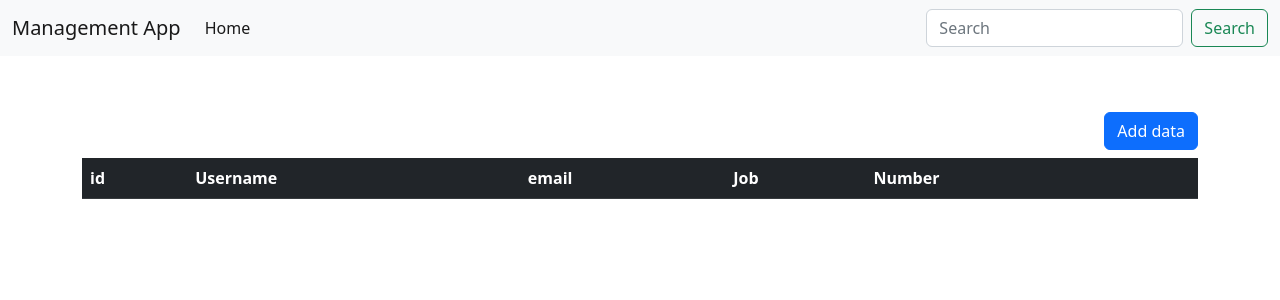
Repository: iamevs/Employee-Management-System
Page: / (app in client/)
The author's editor kept a copy of each file at every save. The page is drawn from the files as they stood at one save, then again after the next save.
The browser window is 1280 px wide. The pictures show the whole page.
The page's requests for data from a server got no answer. The project was rebuilt for these pictures with package versions that can differ from the ones it lists, and the page was loaded fresh each time. No one was signed in, and anything a server would have sent is missing. Also part of the build but not shown: client/vite.config.js, client/src/components/Register.jsx, client/src/components/Edit.jsx. Imported but missing from the stored project, and not drawn on this page: client/src/components/Details.

Above is the page before, as saved 2022-11-28 19:52:31.

### client/index.html
<!DOCTYPE html>
<html lang="en">
  <head>
    <meta charset="UTF-8" />
    <link rel="icon" type="image/svg+xml" href="/vite.svg" />
    <meta name="viewport" content="width=device-width, initial-scale=1.0" />
    <title>employee-management</title>
  </head>
  <body>
    <div id="root"></div>
    <script type="module" src="/src/main.jsx"></script>
  </body>
</html>

### client/src/main.jsx
import React, { StrictMode } from 'react';
import ReactDOM from 'react-dom';
import { createRoot } from "react-dom/client";
import './index.css';
import App from './App';
import { BrowserRouter } from "react-router-dom"
import ContextProvider from "./components/context/ContextProvider";
// root.render(
//   <StrictMode>
//   <ContextProvider>
//     <BrowserRouter>
//       <App />
//     </BrowserRouter>
//   </ContextProvider>
//   </StrictMode>
//   ,
//   document.getElementById('root')
// );


createRoot(document.getElementById('root')).render(
  <ContextProvider>
    <BrowserRouter>
      <App />
    </BrowserRouter>
  </ContextProvider>
)

### client/src/App.jsx
import './App.css';
import "../node_modules/bootstrap/dist/css/bootstrap.min.css"
import "../node_modules/bootstrap/dist/js/bootstrap.bundle.min.js"
import Navbar from './components/Navbar';
import Home from './components/Home';
import Register from './components/Register';
import Edit from './components/Edit';
import Details from './components/Details';
import {Routes,Route} from "react-router-dom"




function App() {
  return (
   <>
    <Navbar />
    {/* <Home /> */}
    <Routes>
      <Route  path="/" element={<Home/>} />
      <Route exact path="/register" element={<Register/>} />
      <Route exact path="/edit/:id" element={<Edit/>} />
      <Route exact path="/view/:id" element={<Details/>} />
    </Routes>

   </>
  );
}

export default App;

### client/src/components/context/ContextProvider.jsx
import React, { createContext, useState } from 'react'


export const adddata = createContext("");
export const updatedata = createContext("");
export const deldata = createContext("");

const ContextProvider = ({ children }) => {

    const [udata, setUdata] = useState("");
    const [updata, setUPdata] = useState("");
    const [dltdata, setDLTdata] = useState("");


    return (
        <adddata.Provider value={{ udata, setUdata }}>
            <updatedata.Provider value={{ updata, setUPdata }}>
                <deldata.Provider value={{dltdata, setDLTdata}}>
                    {children}
                </deldata.Provider>

            </updatedata.Provider>

        </adddata.Provider>
    )
}

export default ContextProvider;

### client/src/App.css
.add_btn{
  text-align: right;
}

.container{
  overflow: auto;
}

.left_view h3{
  font-size: 21px;
}

.left_view p{
  font-weight: 600;
}

.left_view span{
  font-weight: 400;
}

.right_view p{
  font-weight: 600;
}


.right_view span{
  font-weight: 400;
}

### client/src/components/Navbar.jsx
import React from 'react'
import { NavLink } from 'react-router-dom'


const Navbar = () => {
    return (
        <header>
            <nav className="navbar navbar-expand-lg navbar-light bg-light">
                <div className="container-fluid">
                    <NavLink className="navbar-brand" to="/">Management App</NavLink>
                    <button className="navbar-toggler" type="button" data-bs-toggle="collapse" data-bs-target="#navbarSupportedContent" aria-controls="navbarSupportedContent" aria-expanded="false" aria-label="Toggle navigation">
                        <span className="navbar-toggler-icon"></span>
                    </button>
                    <div className="collapse navbar-collapse" id="navbarSupportedContent">
                        <ul className="navbar-nav me-auto mb-2 mb-lg-0">
                            <li className="nav-item">
                                <a className="nav-link active" aria-current="page" href="#">Home</a>
                            </li>

                        </ul>
                        <form className="d-flex">
                            <input className="form-control me-2" type="search" placeholder="Search" aria-label="Search" />
                            <button className ="btn btn-outline-success" type ="submit">Search</button>
                        </form>
                    </div>
                </div>
            </nav>
        </header>
    )
}

export default Navbar

### client/src/components/Home.jsx
import React, { useState, useEffect, useContext } from 'react'
import RemoveRedEyeIcon from '@mui/icons-material/RemoveRedEye';
import CreateIcon from '@mui/icons-material/Create';
import DeleteOutlineIcon from '@mui/icons-material/DeleteOutline';
import { NavLink } from 'react-router-dom';
import { adddata, deldata } from './context/ContextProvider';
import { updatedata } from './context/ContextProvider'




const Home = () => {

    const [getuserdata, setUserdata] = useState([]);

    console.log(getuserdata);

    const { udata, setUdata } = useContext(adddata);

    const {updata, setUPdata} = useContext(updatedata);

    const {dltdata, setDLTdata} = useContext(deldata);

    const getdata = async () => {

        const res = await fetch("/getusers", {
            method: "GET",
            headers: {
                "Content-Type": "application/json"
            }
        });

        const data = await res.json();
        console.log(data);

        if (res.status === 422 || !data) {
            console.log("error ");

        } else {
            setUserdata(data)
            console.log("get data");

        }
    }

    useEffect(() => {
        getdata();
    }, [])

    const deleteuser = async (id) => {

        const res2 = await fetch(`/deleteuser/${id}`, {
            method: "DELETE",
            headers: {
                "Content-Type": "application/json"
            }
        });

        const deletedata = await res2.json();
        console.log(deletedata);

        if (res2.status === 422 || !deletedata) {
            console.log("error");
        } else {
            console.log("user deleted");
            setDLTdata(deletedata)
            getdata();
        }

    }


    return (

        <>
            {
                udata ?
                    <>
                        <div className="alert alert-success alert-dismissible fade show" role="alert">
                            <strong>{udata.name}</strong>  added succesfully!
                            <button type="button" className="btn-close" data-bs-dismiss="alert" aria-label="Close"></button>
                        </div>
                    </> : ""
            }
            {
                updata ?
                    <>
                        <div className="alert alert-success alert-dismissible fade show" role="alert">
                            <strong>{updata.name}</strong>  updated succesfully!
                            <button type="button" className="btn-close" data-bs-dismiss="alert" aria-label="Close"></button>
                        </div>
                    </> : ""
            }

            {
                dltdata ?
                    <>
                        <div className="alert alert-danger alert-dismissible fade show" role="alert">
                            <strong>{dltdata.name}</strong>  deleted succesfully!
                            <button type="button" className="btn-close" data-bs-dismiss="alert" aria-label="Close"></button>
                        </div>
                    </> : ""
            }


            <div className="mt-5">
                <div className="container">
                    <div className="add_btn mt-2 mb-2">
                        <NavLink to="/register" className="btn btn-primary">Add data</NavLink>
                    </div>

                    <table class="table">
                        <thead>
                            <tr className="table-dark">
                                <th scope="col">id</th>
                                <th scope="col">Username</th>
                                <th scope="col">email</th>
                                <th scope="col">Job</th>
                                <th scope="col">Number</th>
                                <th scope="col"></th>
                            </tr>
                        </thead>
                        <tbody>

                            {
                                getuserdata.map((val, ind) => {
                                    return (
                                        <tr>
                                            <th scope="row">{ind + 1}</th>
                                            <td>{val.name}</td>
                                            <td>{val.email}</td>
                                            <td>{val.job}</td>
                                            <td>{val.number}</td>
                                            <td>
                                                <NavLink to={`/view/${val._id}`} className="btn btn-primary"><RemoveRedEyeIcon /></NavLink>
                                                <NavLink to={`/update/${val._id}`} className="btn btn-success"><CreateIcon /></NavLink>
                                                <button onClick={() => deleteuser(val._id)} className="btn btn-danger"><DeleteOutlineIcon /></button>
                                            </td>
                                        </tr>
                                    )
                                })
                            }
                        </tbody>
                    </table>


                </div>
            </div>
        </>
    )
}

export default Home

Loaded but not shown: client/src/index.css (common file)

After the next save:
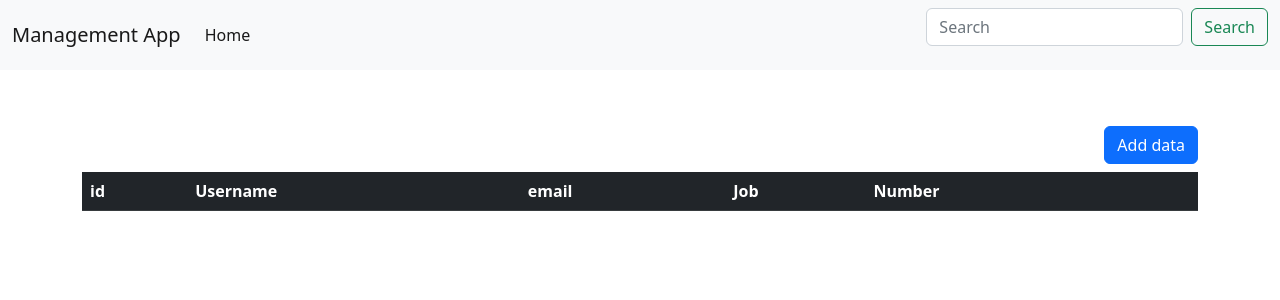
Saved 29 s later.
--- a/client/index.html
+++ b/client/index.html
@@ -1,4 +1,3 @@
-<!DOCTYPE html>
 <html lang="en">
   <head>
     <meta charset="UTF-8" />
